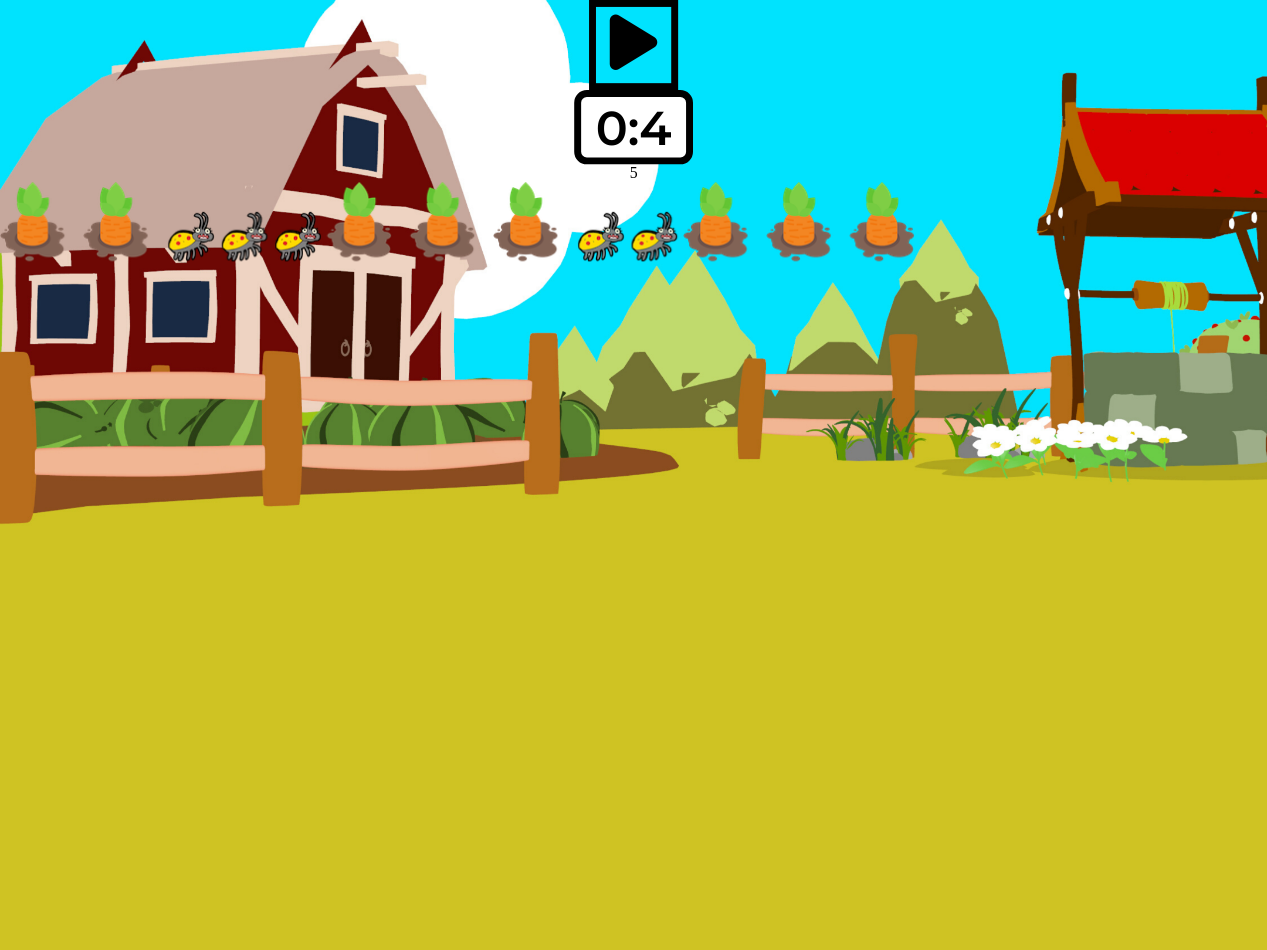
Repository: sephinejo/Mini-carrot-game
Page: index.html
The author's editor kept a copy of each file at every save. The page is drawn from the files as they stood at one save, then again after the next save.
The browser window is 1280 px wide. The pictures show the whole page, at 99% of full size.
Some web fonts or font styles are not loaded; a fallback is used. Some web libraries are served in a nearby version.

Above is the page before, as saved 2023-05-14 21:32:31.

### index.html
<!DOCTYPE html>
<html lang="en">
  <head>
    <meta charset="UTF-8" />
    <meta http-equiv="X-UA-Compatible" content="IE=edge" />
    <meta name="viewport" content="width=device-width, initial-scale=1.0" />
    <title>Mini Carrot Game👩‍🌾🥕</title>
    <link rel="stylesheet" href="style.css" />
    <link rel="preconnect" href="https://fonts.googleapis.com" />
    <link rel="preconnect" href="https://fonts.gstatic.com" crossorigin />
    <link
      href="https://fonts.googleapis.com/css2?family=Alice&family=Lato:wght@400;700&family=Montserrat:wght@400;500;600;700&family=Raleway:wght@400;600;700;800&family=Ubuntu&display=swap"
      rel="stylesheet"
    />
    <script
      src="https://kit.fontawesome.com/9ac80604cb.js"
      crossorigin="anonymous"
    ></script>
    <script src="main.js" defer></script>
  </head>
  <body>
    <div class="container">
      <div class="infos">
        <div class="info__icon__play">
          <i class="fa-solid fa-play"></i>
        </div>
        <span class="info__timer">0:4</span>
        <span class="info__counter">5</span>
      </div>
      <div class="space">
        <img class="carrot" src="img/carrot.png" alt="carrot" />
        <img class="carrot" src="img/carrot.png" alt="carrot" />
        <img class="bug" src="img/bug.png" alt="bug" />
        <img class="bug" src="img/bug.png" alt="bug" />
        <img class="bug" src="img/bug.png" alt="bug" />
        <img class="carrot" src="img/carrot.png" alt="carrot" />
        <img class="carrot" src="img/carrot.png" alt="carrot" />
        <img class="carrot" src="img/carrot.png" alt="carrot" />
        <img class="bug" src="img/bug.png" alt="bug" />
        <img class="bug" src="img/bug.png" alt="bug" />
        <img class="carrot" src="img/carrot.png" alt="carrot" />
        <img class="carrot" src="img/carrot.png" alt="carrot" />
        <img class="carrot" src="img/carrot.png" alt="carrot" />
      </div>
    </div>
  </body>
</html>

### style.css
* {
  box-sizing: border-box;
}

body {
  margin: auto;
}

.container {
  background-size: cover;
  background-image: url('img/background.png');
  height: 60rem;
}

.infos {
  display: flex;
  flex-direction: column;
  align-items: center;
}

.info__icon__play {
  font-size: 4rem;
  color: black;
  border: 0.45rem solid black;
  /* background-color: white; */
  padding: 0.1rem 0.9rem;
}

.info__timer {
  font-family: Montserrat;
  font-size: 3rem;
  font-weight: 600;
  border: 0.45rem solid black;
  border-radius: 0.8rem;
  background-color: white;
  padding: 0.1rem 0.9rem;
}

Loaded but not shown: main.js (no stored copy; drawn as an empty file)

After the next save:
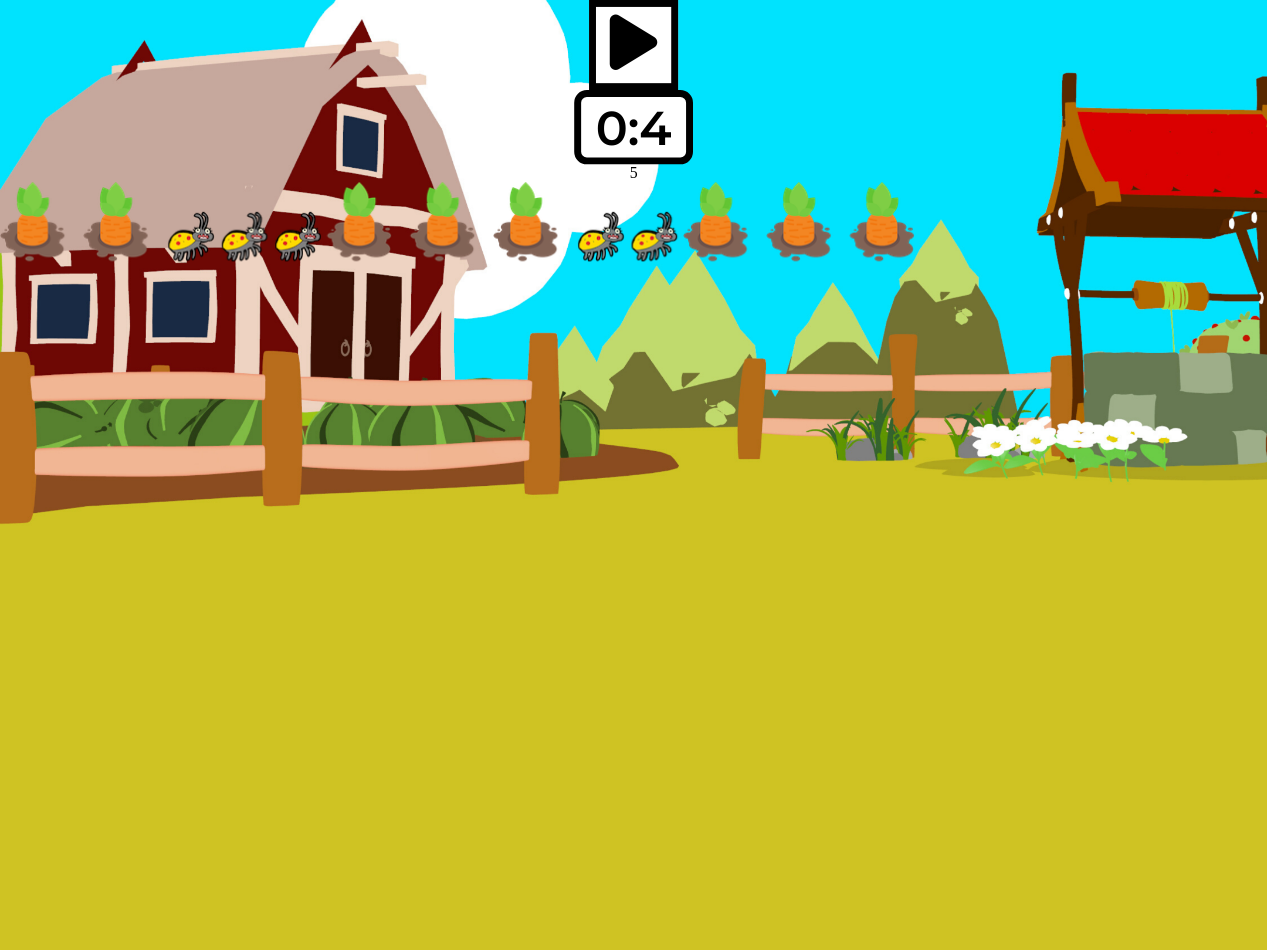
Saved 4 s later.
--- a/style.css
+++ b/style.css
@@ -22,7 +22,7 @@ body {
   font-size: 4rem;
   color: black;
   border: 0.45rem solid black;
-  /* background-color: white; */
+  background-color: white;
   padding: 0.1rem 0.9rem;
 }
 
